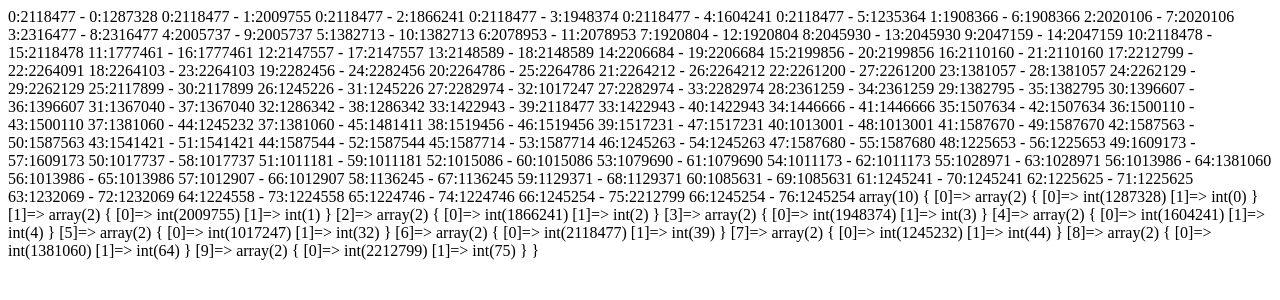
Repository: lokkie/php-simple_framework
Page: http://localhost/tests/UpdateTest.php
The author's editor kept a record of every edit. The page is drawn from the files as they stood at one moment, then again after the next edit.
The browser window is 1280 px wide. The pictures show the whole page.
The page is run by PHP 8.4 with error messages shown; the project is at /var/www/html/.

Above is the page before.

### tests/UpdateTest.php
<?php

// function updateItems ( array $ids, array $positions )
// {

// 	$rows = [
// 			['id' => 4451, 'position' => 0],
// 			['id' => 47751, 'position' => 0],
// 			['id' => 55714, 'position' => 3],
// 			['id' => 1234, 'position' => 0],
// 			['id' => 44716, 'position' => 0],
// 			['id' => 5218841, 'position' => 1],
// 			['id' => 871974, 'position' => 5]
// 		];

// 	$processing = true;
// 	$indexLocal = 0;
// 	$indexRemote = 0;
// 	$updatesList = [];
// 	while ( $processing ) {
// 		echo "{$indexLocal}:{$rows[$indexLocal]['id']} - {$indexRemote}:{$ids[$indexRemote]} ";
// 		if ( $ids[$indexRemote] == $rows[$indexLocal]['id'] ) {
// 			echo " ids are the same... ";
// 			if ($rows[$indexLocal]['position'] != 0 &&
// 				$rows[$indexLocal]['position'] != $positions[$indexRemote] ) {
// 					echo "p {$rows[$indexLocal]['position']} :: {$positions[$indexRemote]} updating ";
// 					array_push($updatesList, [$ids[$indexRemote], $positions[$indexRemote]]);
// 				}
// 			$indexLocal++;
// 		} else {
// 			echo " ids different, updating ";
// 			array_push($updatesList, [$ids[$indexRemote], $positions[$indexRemote]]);
// 			for ($iter = $indexLocal+1; $iter < count($rows); $iter++) {
// 				if ($rows[$iter]['id'] == $ids[$indexRemote]) {
// 					array_splice($rows, $iter, 1);
// 					break;
// 				}
// 			}
// 		}
// 		$indexRemote++;
// 		echo "\n";
// 		if ( $indexRemote >= count($ids) ) {
// 			$processing = false;
// 		}
// 	}

// 	var_dump([
// 		'indexRemote' => $indexRemote,
// 		'indexLocal' => $indexLocal,
// 		'ids' => $ids,
// 		'positions' => $positions,
// 		'updatesList' => $updatesList
// 		]);
// }

/* updateItems(
	[1234, 4451, 47751, 55714, 44716, 871974, 5218841],
	[1,2,3,4,5,6,7]
	); */



ini_set('memory_limit', '2048M');

function updateItems2 (array $ids) {
	$nonPositioned = [2118477, 1235364, 1948374, 1604241, 1866241,
					1908366, 2020106, 2316477, 2005737, 1382713, 2078953,
					1920804, 2045930, 2047159, 2118478, 1777461, 2147557,
					2148589, 2206684, 2199856, 2110160, 2212799, 2264091,
					2264103, 2282456, 2264786, 2264212, 2261200, 1381057,
					2262129, 2117899, 1245226, 2282974, 2361259, 1382795,
					1396607, 1367040, 1286342, 1287328, 1422943, 1446666,
					1507634, 1500110, 1381060, 1481411, 1519456, 1517231,
					1013001, 1587670, 1587563, 1541421, 1587544, 1587714,
					1245263, 1587680, 1225653, 1609173, 1017247, 1017737,
					1011181, 1015086, 1079690, 1011173, 1028971, 1245232,
					1013986, 1012907, 1136245, 1129371, 1085631, 1245241,
					1225625, 1232069, 1224558, 1224746, 1245254];
	$positioned = [2 => 2009755];

	$localIndex = 0;
	$stepSize = 1;
	$itemsToUpdate = [];
	for ( $remoteIndex = 0; $remoteIndex < count($ids); $remoteIndex++ ) {
		$positionOnScreen = $remoteIndex + 1;
		echo "{$localIndex}:{$nonPositioned[$localIndex]} - {$remoteIndex}:{$ids[$remoteIndex]}\n";
		if ( $nonPositioned[$localIndex] == $ids[$remoteIndex] ) { // position non changed
			$localIndex++;
		} else if ( isset($nonPositioned[$localIndex + 1] )
			&& $nonPositioned[$localIndex + 1] == $ids[$remoteIndex] ) {
				if ( isset($positioned[$localIndex]) ) {
					$positioned[-1*$localIndex] = $nonPositioned[$localIndex];
				} else {
					$positioned[$localIndex] = $nonPositioned[$localIndex];
				}
				array_splice($nonPositioned, $localIndex, 1);
				$localIndex++;
		} else  if ( isset($positioned[$remoteIndex]) && $positioned[$remoteIndex] == $ids[$remoteIndex] ) { // position non changed
				continue;
		} else {
			if (false !== $index = array_search($ids[$remoteIndex], $positioned)) {
				unset($positioned[$index]);
			} else {
				$index = array_search($ids[$remoteIndex], $nonPositioned);
				array_splice($nonPositioned, $index, 1);
			}
			array_push($itemsToUpdate, [$ids[$remoteIndex], $remoteIndex]);
		}
	}

	var_dump($itemsToUpdate);
}




updateItems2([1287328, 2009755, 1866241, 1948374, 1604241, 1235364,
					1908366, 2020106, 2316477, 2005737, 1382713, 2078953,
					1920804, 2045930, 2047159, 2118478, 1777461, 2147557,
					2148589, 2206684, 2199856, 2110160, 2264091,
					2264103, 2282456, 2264786, 2264212, 2261200, 1381057,
					2262129, 2117899, 1245226, 1017247, 2282974, 2361259, 1382795,
					1396607, 1367040, 1286342, 2118477, 1422943, 1446666,
					1507634, 1500110, 1245232, 1481411, 1519456, 1517231,
					1013001, 1587670, 1587563, 1541421, 1587544, 1587714,
					1245263, 1587680, 1225653, 1609173, 1017737,
					1011181, 1015086, 1079690, 1011173, 1028971, 1381060,
					1013986, 1012907, 1136245, 1129371, 1085631, 1245241,
					1225625, 1232069, 1224558, 1224746, 2212799, 1245254]);

// updateItems2([2282456, 2009755, 1235364, 1866241, 1948374, 1604241,
// 					1908366, 2020106, 2316477, 2005737, 1382713, 2078953,
// 					 2045930, 2047159, 2118478, 1777461, 2147557,
// 					2148589, 2206684, 2199856, 2110160, 2212799, 2264091,
// 					2264103, 2118477, 2264786, 1245254, 1028971, 2261200, 1381057,
// 					2262129, 2117899, 1245226, 2282974, 2361259, 1382795,
// 					1396607, 1367040, 1286342, 1287328, 1422943, 1446666,
// 					1507634, 1500110, 1381060, 1481411, 1519456, 1517231,
// 					1013001, 1587670, 1587563, 1541421, 1587544, 1587714,
// 					1245263, 1587680, 1225653, 1609173, 1017247, 1017737,
// 					1011181, 1015086, 1079690, 1011173, 1245232,
// 					1013986, 1012907, 1136245, 1129371, 1085631, 1920804, 1245241,
// 					1225625, 1232069, 1224558, 1224746, 2264212]);

After the next edit:
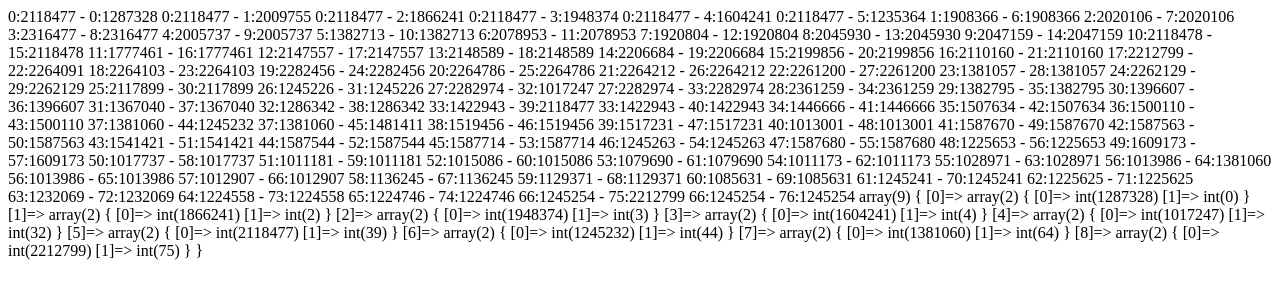
The edit:
--- a/tests/UpdateTest.php
+++ b/tests/UpdateTest.php
@@ -95,7 +95,7 @@
 				}
 				array_splice($nonPositioned, $localIndex, 1);
 				$localIndex++;
-		} else  if ( isset($positioned[$remoteIndex]) && $positioned[$remoteIndex] == $ids[$remoteIndex] ) { // position non changed
+		} else  if ( isset($positioned[$positionOnScreen]) && $positioned[$positionOnScreen] == $ids[$remoteIndex] ) { // position non changed
 				continue;
 		} else {
 			if (false !== $index = array_search($ids[$remoteIndex], $positioned)) {
